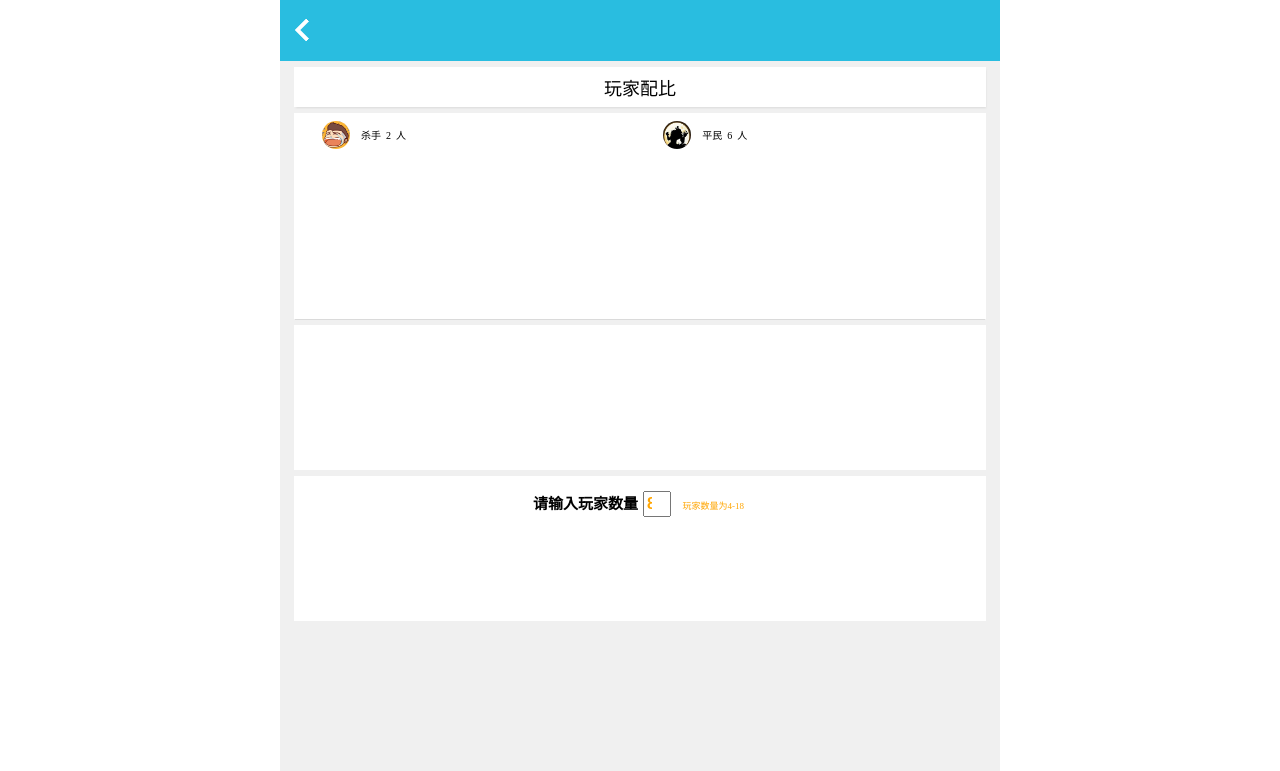
Repository: leozhangpd/My-Codes
Page: JS/two-project/deploy_page.html
These files come from the project's save history. The page is drawn as it stood at one moment and after the next save; the edit follows.
The browser window is 1280 px wide. The pictures show the whole page.

Above is the page before, as saved 2020-11-09 17:38:35.

### JS/two-project/deploy_page.html
<!DOCTYPE html>
<html lang="en">
    <head>
        <meta charset="UTF-8">
        <meta name="viewport" content="width=device-width,initial-scale=1.0,maximum-scale=1.0,user-scalable=0" />
        <link rel="stylesheet" href="css/deploy_page.css" type="text/css">
        <title>匹配</title>
    </head>
    <body>
        <header>
            <a href='home_page.html'></a>
        </header>
        <main>
            <div class="title">玩家配比</div>
            <ul class="list">
                <li>
                    <img src="images/footman.png">
                    <span>杀手&nbsp;&nbsp;2&nbsp;&nbsp;人</span>
                </li>
                <li>
                    <img src="images/wolf.png">
                    <span>平民&nbsp;&nbsp;6&nbsp;&nbsp;人</span>
                </li>
            </ul>
            <div class="work-group"></div>
            <div class="player-number">
                <span>请输入玩家数量</span>&nbsp;
                <input type="number" value="8">&nbsp;&nbsp;
                <span>玩家数量为4-18</span>
            </div>
        </main>
        <footer></footer>
    </body>
</html>

### JS/two-project/css/deploy_page.css
ul{
    list-style-type: none;
    margin: 0;padding: 0;
}
button{
    outline: none;
    border:none;
}
html{
    font-size: 62.5%;
    background: #fff;
    height: 100vh;
}
body{
    height: 100%;
    margin:0 auto;
    padding-bottom: 4%;
    max-width: 720px;
    min-width: 320px;
    background: #f0f0f0;
}
header{
    padding: 3% 5% 3% 2.5%;
    background-color: #29bde0;
}
header>a{
    display: inline-block;
    padding: 8px;
    box-shadow: inset 4px -4px 0 0 #ffffff;
    transform: rotate(45deg);
}
header>button div{
    margin-top: .5rem;
    height: .3rem;
    background-color: #fff;
}
main{
    margin:0 auto;
    width: 96%;
}
main>*{background-color: #fff;}
.title{
    padding: .7rem 0;
    margin: .6rem 0;
    text-align: center;
    font-size: 1.8rem;
    font-weight: 540;
    box-shadow: 1px 2px 2px -1px rgb(218, 218, 218);
}
.list{
    min-height: 19rem;
    padding: 8px 0;
    box-shadow: 0 2px 0 -1px rgb(218, 218, 218);
}
.list>li{
    display: inline-block;
    width: 45%;
    margin-left: 4%;
}
.list img{
    float: left;
    width: 28px;
    border-radius: 50%;
}
.list>li>span{
    display: block;
    padding: 6px 0 0 39px;
}
.work-group,
.player-number{
    margin: .6rem 0;
    padding: 1.5rem 3rem;
    min-height: 11.5rem;
    text-align: center;
}
.player-number>span:nth-child(1),
.player-number>input{
    font-size: 1.5rem;
    font-weight: bold;
}
.player-number>input{
    font-size: 1.6rem;
    width: 2rem;
    height: 2rem;
    text-align: center;
}
.player-number>input,
.player-number>span:nth-of-type(2){
    color: orange;
}
.player-number>span:nth-of-type(2){
    display: inline-block;
    transform: scale(0.9);
}

After the next save:
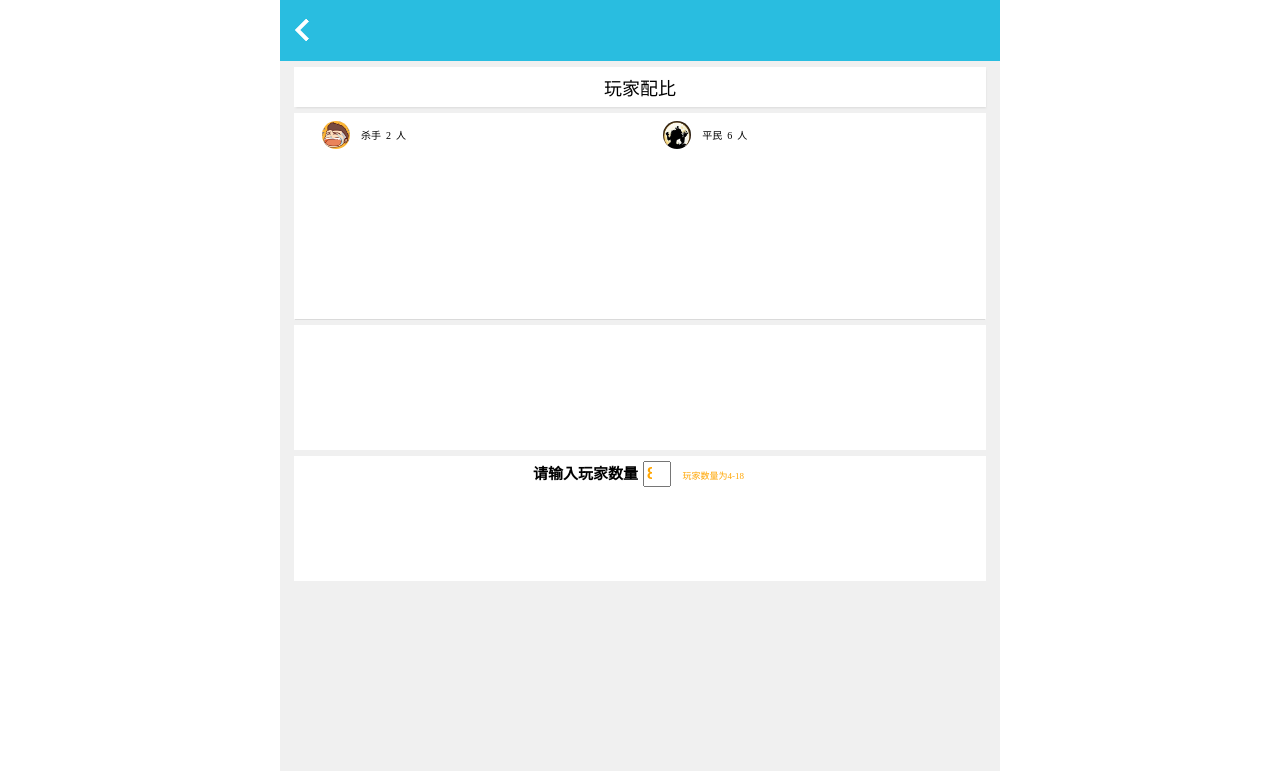
Saved 112 s later.
--- a/JS/two-project/css/deploy_page.css
+++ b/JS/two-project/css/deploy_page.css
@@ -69,7 +69,7 @@
 .work-group,
 .player-number{
     margin: .6rem 0;
-    padding: 1.5rem 3rem;
+    padding: .5rem 3rem;
     min-height: 11.5rem;
     text-align: center;
 }

After the save that followed:
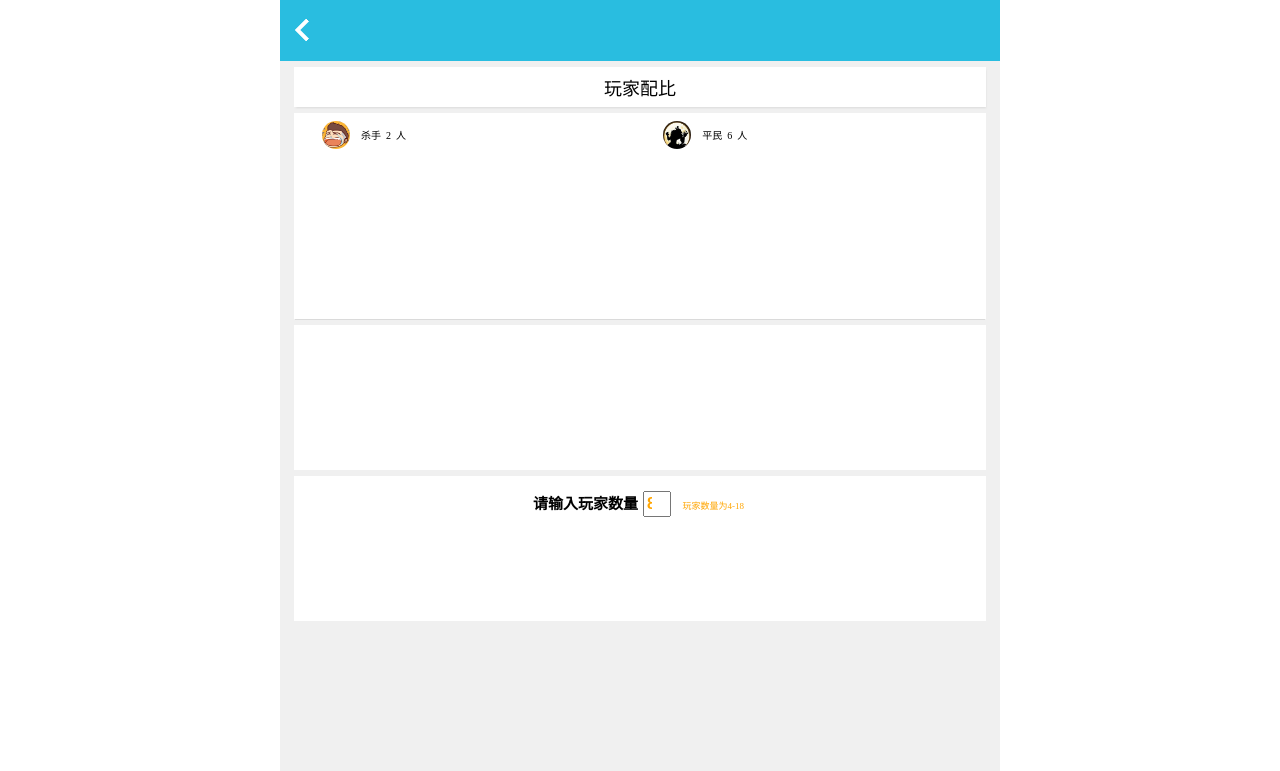
Saved 114 s later.
--- a/JS/two-project/css/deploy_page.css
+++ b/JS/two-project/css/deploy_page.css
@@ -69,7 +69,7 @@
 .work-group,
 .player-number{
     margin: .6rem 0;
-    padding: .5rem 3rem;
+    padding: 1.5rem 3rem;
     min-height: 11.5rem;
     text-align: center;
 }
